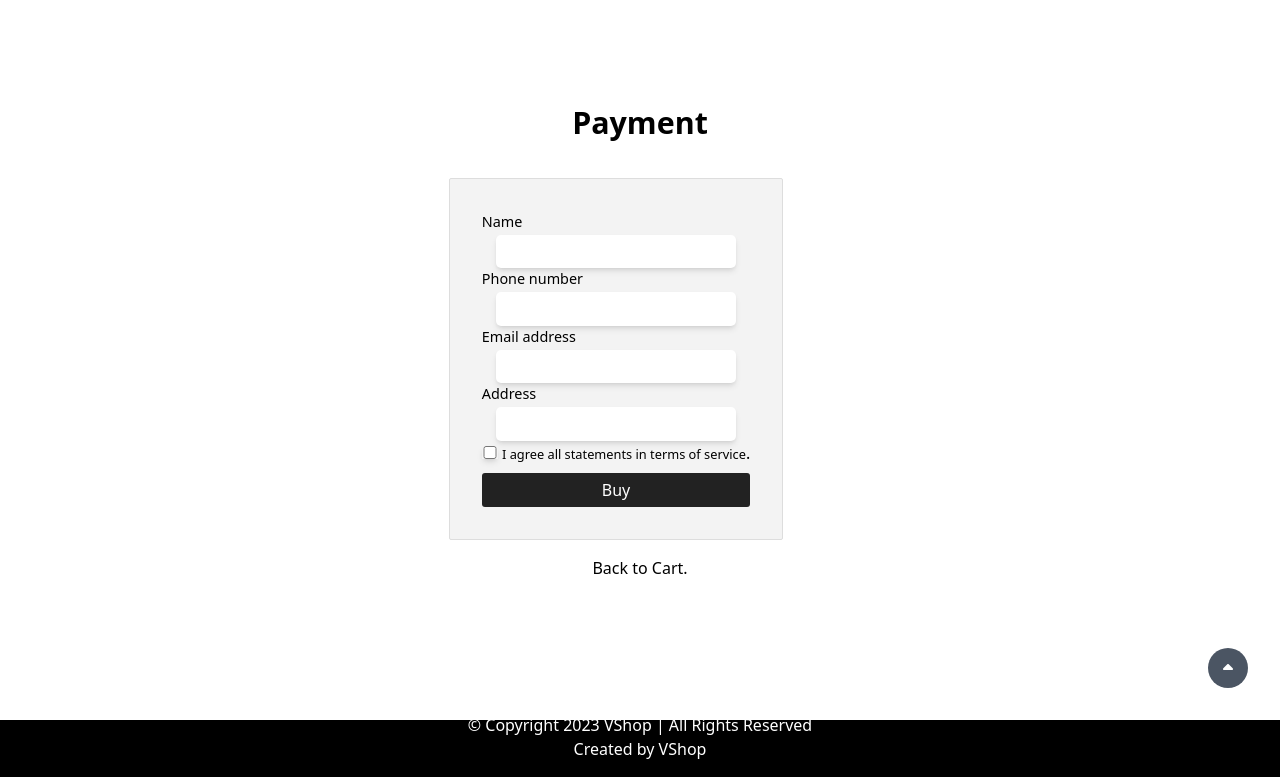
Repository: Kith933UTH/VSHOP
Page: /payment
These files come from the project's save history. The page is drawn as it stood at one moment and after the next save; the edit follows.
The browser window is 1280 px wide. The pictures show the whole page.
Pictures or frames that could not be fetched are drawn as grey boxes. The project was rebuilt for these pictures with package versions that can differ from the ones it lists, and the page was loaded fresh each time. Also part of the build but not shown: src/components/product-item/ProductItem.js, src/components/loader/Loader.js, src/constants/constants.js, src/components/product-filters/Category.js, src/components/product-filters/Price.js, src/components/product-filters/Rating.js, src/components/product-filters/ProductFilters.js, src/components/cart-shopping/CartEmpty.js and 20 more.

Above is the page before, as saved 2023-08-04 21:37:41.

### public/index.html
<!DOCTYPE html>
<html lang="en">
  <head>
    <meta charset="utf-8" />
    <link rel="icon" href="./logo.png" />
    <meta name="viewport" content="width=device-width, initial-scale=1" />
    <meta name="theme-color" content="#000000" />
    <meta
      name="description"
      content="Web site created using create-react-app"
    />
    <link rel="apple-touch-icon" href="%PUBLIC_URL%/logo192.png" />
    <!--
      manifest.json provides metadata used when your web app is installed on a
      user's mobile device or desktop. See https://developers.google.com/web/fundamentals/web-app-manifest/
    -->
    <link rel="manifest" href="%PUBLIC_URL%/manifest.json" />
    <!--
      Notice the use of %PUBLIC_URL% in the tags above.
      It will be replaced with the URL of the `public` folder during the build.
      Only files inside the `public` folder can be referenced from the HTML.

      Unlike "/favicon.ico" or "favicon.ico", "%PUBLIC_URL%/favicon.ico" will
      work correctly both with client-side routing and a non-root public URL.
      Learn how to configure a non-root public URL by running `npm run build`.
    -->
    <title>VShop</title>
  </head>
  <body>
    <noscript>You need to enable JavaScript to run this app.</noscript>
    <div id="root"></div>
  </body>
</html>

### src/index.js
import React from 'react'
import ReactDOM from 'react-dom/client'
import App from './App'
import {Provider} from "react-redux"
import {BrowserRouter} from "react-router-dom"
import {store} from "./redux"
import './index.css'

const root = ReactDOM.createRoot(document.getElementById('root'))
root.render(
    <Provider store={store}>
        <BrowserRouter>
            <App />
        </BrowserRouter>
    </Provider>
)

### src/redux/index.js
import {configureStore} from "@reduxjs/toolkit"
import {productsApi} from "./products/products.api"
import {productReducer} from "./products/products.slice"
import {setupListeners} from "@reduxjs/toolkit/query"

export const store = configureStore({
    reducer: {
        [productsApi.reducerPath]: productsApi.reducer,
        product: productReducer
    },
    middleware: getDefaultMiddleware => getDefaultMiddleware().concat(productsApi.middleware)
})

setupListeners(store.dispatch)

### src/index.css
@tailwind base;
@tailwind components;
@tailwind utilities;

@layer utilities {
    input[type="number"]::-webkit-inner-spin-button,
    input[type="number"]::-webkit-outer-spin-button {
        @apply appearance-none;
    }
}

html, body {
    width: 100%;
    height: 100%;
}

body::-webkit-scrollbar,
.box-item::-webkit-scrollbar,
.search-box::-webkit-scrollbar{
    width: 8px;
}

main {
    display: flex;
    flex-direction: column;
    height: 100%;
}

body::-webkit-scrollbar-thumb,
.box-item::-webkit-scrollbar-thumb,
.search-box::-webkit-scrollbar-thumb{
    background-color: #ccc;
    border-radius: 20px;
}

#root {
    height: 100%;
}

body {
    overflow: hidden;
}

.productItem:hover {
    transition: opacity .3s linear;
    opacity: .5;
}

.box-item {
    height: 320px;
    overflow-y: scroll;
}

/* Loader */
.loader-box {
    width: 100px;
    height: 100px;
    display: flex;
    justify-content: center;
    align-items: center;
    margin: 50px auto 0;
}

.loader{
    position: relative;
    width: 70px;
    height: 70px;
}

.loader span {
    position: absolute;
    top:0;
    left: 0;
    width: 100%;
    height: 100%;
    transform: rotate(calc(18deg * var(--i)));
}

.loader span::before {
    content:'';
    position: absolute;
    top: 0;
    left: 0;
    width: 10px;
    height: 10px;
    background: #000;
    border-radius: 50%;
    transform: scale(0);
    animation: animate 2s linear infinite;
    animation-delay: calc(0.1s * var(--i));
}
@keyframes animate {
    0%{
        transform: scale(0);
    }
    10%{
        transform: scale(1.2);
    }
    80%,100%{
        transform: scale(0);
    }
}

### src/context/context.js
import {createContext} from "react"

export const Context = createContext()

### src/components/footer/Footer.js
import React from "react"
import { Contact } from "../contact/Contact"
import { Policy } from "../policy/Policy"
export function Footer() {
    return (
        <footer className='bg-black text-white in-h-fit'>
            {/* <div className='max-w-[1240px] mx-auto py-2 text-sm sm:text-base'>
                <div className='flex justify-center'>
                    <a href='https://github.com/VolodymyrGoshko/react-shop'
                       target='_blank'
                       rel="noreferrer"
                       className='capitalize border-b mb-3 text-base hover:text-gray-300 transition'
                    >
                        view source code on github
                    </a>
                </div>
                <div className='flex justify-center flex-col items-center'>
                    <p className='text-center'>© Copyright 2022 React Shop | All Rights Reserved</p>
                    <a href='https://www.linkedin.com/in/volodymyr-goshko-656ab920b/'
                       target="_blank"
                       rel="noreferrer"
                       className='hover:text-gray-300 transition'
                    >
                        Created by Volodymyr Goshko
                    </a>
                </div>
            </div> */}
            <Contact />
            <Policy />
            <div className='flex justify-center flex-col items-center my-4'>
                    <p className='text-center'>© Copyright 2023 VShop | All Rights Reserved</p>
                    <a href='#' className='hover:text-gray-300 transition' >
                        Created by VShop
                    </a>
                </div>
        </footer>
    )
}

### src/components/btn-scroll/BtnScroll.js
import React from "react"
import {FontAwesomeIcon} from "@fortawesome/react-fontawesome"
import {faCaretUp} from "@fortawesome/free-solid-svg-icons"

export function BtnScroll() {
    const topClick = () => {
        const body = document.querySelector('body').getBoundingClientRect().top + window.scrollY
        window.scroll({
            top: body,
            behavior: 'smooth'
        })
    }

    return (
        <button
            className='fixed bottom-8 right-4 bg-gray-600 text-white rounded-full w-[30px] h-[30px] md:w-[40px] md:h-[40px] md:right-8 md:bottom-8 z-20 shadow-gray-600'
            onClick={topClick}
        >
            <FontAwesomeIcon icon={faCaretUp}/>
        </button>
    )
}

### src/components/payment/Payment.js
import React from "react"
import {useDispatch, useSelector} from "react-redux"
import { Link } from "react-router-dom"
import { CartItemPayment } from "./CartItemPayment"
export function Payment({login}) {
    const {cart, btnCart} = useSelector(state => state.product)

    return (
        <div className="register-page text-center m-5-auto">
            <h2>Payment</h2>
            <div className="flex flex-row justify-center">
                <form action="/success">
                    <p>
                        <label>Name</label><br/>
                        <input className='shadow-md' type="text" name="name" required />
                    </p>
                    <p>
                        <label>Phone number</label><br/>
                        <input className='shadow-md' type="tel" name="tel" required />
                    </p>
                    <p>
                        <label>Email address</label><br/>
                        <input className='shadow-md' type="email" name="email" required />
                    </p>
                    <p>
                        <label>Address</label><br/>
                        <input className='shadow-md'  type="text" name="address" required />
                    </p>
                    <p className='mb-2'>
                        <input className='shadow-md' type="checkbox" name="checkbox" id="checkbox" required /> <span>I agree all statements in <a href="https://google.com" target="_blank" rel="noopener noreferrer">terms of service</a></span>.
                    </p>
                    <p>
                        <button id="sub_btn" type="submit">Buy</button>
                    </p>
                </form>
                <div className={`px-1 py-2 sm:py-4 sm:px-6 ${cart.length > 2 ? 'box-item' : ''}`}>
                    {cart.map(item => <CartItemPayment key={item.id} item={item}/>)}
                </div>
            </div>
            <footer>
                <p><Link to="/">Back to Cart</Link>.</p>
            </footer>
        </div>
    )
}

### src/redux/products/products.api.js
import {createApi, fetchBaseQuery} from "@reduxjs/toolkit/query/react"

export const productsApi = createApi({
    reducerPath: 'products/api',
    baseQuery: fetchBaseQuery({
        baseUrl: 'https://fakestoreapi.com'
    }),
    // refetchOnFocus: true,
    endpoints: build => ({
        getProductsAll: build.query({
            query:() => ({
                url: '/products'
            })
        }),
        getProductById: build.query({
            query:(id) => ({
                url: `/products/${id}`
            })
        }),
        getProductByCategory: build.query({
            query:(category) => ({
                url: `/products/category/${category}`
            })
        })
    })
})

export const {
    useGetProductsAllQuery,
    useGetProductByIdQuery,
    useGetProductByCategoryQuery
} = productsApi

### src/redux/products/products.slice.js
import {createSlice} from "@reduxjs/toolkit"

const productsSlice = createSlice({
    name: 'products',
    initialState: {
        cart: [],
        btnCart: null,
        filters: {},
        search: false,
        searchFilterProducts: null
    },
    reducers: {
        clearCart(state, action) {
            state.cart = state.cart.slice(0, action.payload)
        },
        addProductToCart(state, action) {
            state.cart.push({...action.payload, quantity: 1})
        },
        incrementProductInCart(state, action) {
            const item = state.cart.find(item => item.id === action.payload)
            item.quantity++
        },
        decrementProductInCart(state, action) {
            const item = state.cart.find(item => item.id === action.payload)
            if (item.quantity === 1) {
                item.quantity = 1
            } else {
                item.quantity--
            }
        },
        toggleBtnCart(state, action) {
            state.btnCart = action.payload
        },
        removeItemFromCart(state, action) {
            state.cart = state.cart.filter(el => el.id !== action.payload)
        },
        filtersProductsByCategory(state, action) {
            state.filters = action.payload
        },
        toggleSearchForm(state, action) {
            state.search = action.payload
        },
        setSearchFilterProducts(state, action) {
            state.searchFilterProducts = action.payload
        }
    },
})

export const productReducer = productsSlice.reducer
export const {
    clearCart,
    addProductToCart,
    incrementProductInCart,
    decrementProductInCart,
    toggleBtnCart,
    removeItemFromCart,
    filtersProductsByCategory,
    toggleSearchForm,
    setSearchFilterProducts
} = productsSlice.actions

### src/components/policy/Policy.js
import React from "react"
import { Link } from "react-router-dom"
export function Policy() {
    return (
        <div className='text-white in-h-fit max-w-[1240px] mx-auto py-2 text-sm sm:text-base flex justify-around items-cente'>
            <Link className='text-lg font-medium text-center' to='/return-policy'>
                RETURN POLICIES
            </Link>
            <Link className='text-lg font-medium text-center' to='/warranty-policy'>
                WARRANTY POLICIES
            </Link>
            <Link className='text-lg font-medium text-center' to='/shipping-policy'>
                SHIPPING POLICIES
            </Link>
        </div>
    )
}

### src/components/login/index.css
/* .m-5-auto {
    margin: 5rem auto
} */

.primary-button {
    margin-top: 5rem;
    margin-right: 1rem;
    padding: .6rem;
    width: 10rem;
    background: #222;
    border: none;
    color: #fff;
    font-size: 1.2rem;
    transition: all .5s;
    cursor: pointer;
    text-transform: capitalize
}

/***    Landing Page     ***/
.main-title,
.main-para {
    color: #f1f1f1
}

.main-title {
    padding-top: 10rem;
    font-size: 5rem;
    font-family: 'Fascinate', cursive;
    text-transform: uppercase
}

.main-para {
    font-size: 2.5rem;
    text-Transform: capitalize
}

#reg_btn span {
    display: inline-block;
    position: relative;
    transition: 0.5s;
}

#reg_btn span:after {
    content: '\00bb';
    position: absolute;
    opacity: 0;
    top: 0;
    right: -20px;
    transition: 0.5s;
}

#reg_btn:hover span {
  padding-right: 25px;
}

#reg_btn:hover span:after {
  opacity: 1;
  right: 0;
}

/***    Login Page     ***/
.login-page h2 {
    font-weight: 700;
    font-size: 1.9rem;
}
.login-page {
    position: fixed;
    top: 0;
    left: 0;
    right: 0;
    bottom: 0;
    z-index: 10;
    background-color: white;
    padding-top: 100px;
}

.login-page form {
    display: inline-block;
    background: #f3f3f3;
    border: 1px solid #ddd;
    border-radius: 2px;
    padding: 2rem;
    margin: 2rem 0 1rem 0
}

.login-page form label {
    float: left;
    font-size: .9rem;
    margin: 0;
    padding: 0
}

.right-label {
    float: right;
    cursor: pointer
}

.login-page input {
    width: 15rem;
    padding: .3rem;
    border-radius: 5px;
    outline: none;
    border: none
}

#sub_btn {
    display: block;
    width: 100%;
    padding: .3rem;
    border: none;
    background: #222;
    color: #fff;
    border-radius: 3px;
}

#sub_btn:hover {
    background: #333;
    transition: all .5s
}

/* footer p {
    margin: 0;
    font-size: .9rem
} */

/***    Register Page     ***/
#checkbox {
    width: 1rem
}

form span {
    font-size: .8rem
}

#reset_pass_lbl {
    float: left
}

/***    Home Page     ***/
.home-page-title {
    color: #222
}


.register-page input {
    width: 15rem;
    padding: .3rem;
    border-radius: 5px;
    outline: none;
    border: none
}

.register-page h2 {
    font-weight: 700;
    font-size: 1.9rem;
}
.register-page {
    position: fixed;
    top: 0;
    left: 0;
    right: 0;
    bottom: 0;
    z-index: 10;
    background-color: white;
    padding-top: 100px;
}

.register-page form {
    display: inline-block;
    background: #f3f3f3;
    border: 1px solid #ddd;
    border-radius: 2px;
    padding: 2rem;
    margin: 2rem 0 1rem 0
}

.register-page form label {
    float: left;
    font-size: .9rem;
    margin: 0;
    padding: 0
}

### src/components/contact/index.css
.contact-section {
    /* height: 96vh; */
    width: 100%;
    border-bottom: 1px solid #999;
}

.form-area {
    position: relative;
    /* height:84vh; */
    width: 100%;
    background: black;
    -webkit-box-sizing: border-box;
    box-sizing: border-box;
}

.form-area .form-wrap {
    /* position: absolute; */
    /* left: 50%;
    -webkit-transform: translateX(-50%);
    -ms-transform: translateX(-50%);
    transform: translateX(-50%); */
    width: 1120px;
    background-color: white;
    background-size: cover;
    background-position: center;
    border-radius: 0.2rem;
    -webkit-box-sizing: border-box;
    box-sizing: border-box;
    -webkit-box-shadow: 0 0 0.4rem 0 #999;
    box-shadow: 0 0 0.4rem 0 #999;
}

.form-wrap .title {
    padding-top: 2.4rem;
    width: 100%;
    -webkit-box-sizing: border-box;
    box-sizing: border-box;
}

.form-wrap .title h1 {
    color: black;
    font-size: 2.6rem;
    text-align: center;
}

.form-wrap .contact-area {
    padding-top: 3rem;
    display: -webkit-box;
    display: -ms-flexbox;
    display: flex;
    width: 100%;
    height: auto;
    -webkit-box-sizing: border-box;
    box-sizing: border-box;
}

.contact-area .contact-info {
    display: flex;
    flex-direction: column;
    justify-content: center;
    align-items: center;
    width: 35%;
    height: 100%;
    margin-left: 6rem;
}

.contact-info>div {
    margin-bottom: 1rem;
    display: -webkit-box;
    display: -ms-flexbox;
    display: flex;
    -webkit-box-align: center;
    -ms-flex-align: center;
    align-items: center;
}

.contact-info>div>p {
    color: #333;
    font-size: 1.4rem;
    font-weight: 500;
    text-align: center;
}

.contact-info>div>span {
    color: #61790a;
    font-size: 2rem;
    margin-right: 0.8rem;
}

.contact-area .contact-form {
    display: -webkit-box;
    display: -ms-flexbox;
    display: flex;
    -webkit-box-orient: vertical;
    -webkit-box-direction: normal;
    -ms-flex-direction: column;
    flex-direction: column;
    width: 60%;
    height: auto;
    padding: 0 3rem;
    -webkit-box-sizing: border-box;
    box-sizing: border-box;
}

.contact-form .name-field {
    display: -webkit-box;
    display: -ms-flexbox;
    display: flex;
    -webkit-box-pack: justify;
    -ms-flex-pack: justify;
    justify-content: space-between;
}

.name-field .input-area {
    width: 48%;
}

.contact-form .input-area {
    position: relative;
    margin-bottom: 2rem;
}

.input-area input {
    height: 3rem;
    width: 100%;
    color: #333;
    font-size: 1.2rem;
    border: 2px solid #fff;
    border-radius: 0.2rem;
    /* background: #eff; */
    -webkit-box-shadow: 0 0 0.1rem #666;
    box-shadow: 0 0 0.1rem #666;
    outline: none;
    padding: 0 1rem;
    -webkit-box-sizing: border-box;
    box-sizing: border-box;
    -webkit-transition: all 0.3s ease;
    -o-transition: all 0.3s ease;
    transition: all 0.3s ease;
}

.input-area label {
    position: absolute;
    top: 50%;
    left: 1rem;
    -webkit-transform: translateY(-50%);
    -ms-transform: translateY(-50%);
    transform: translateY(-50%);
    color: #333;
    font-size: 1.2rem;
    font-weight: 500;
    -webkit-transition: all 0.3s ease;
    -o-transition: all 0.3s ease;
    transition: all 0.3s ease;
}

.input-area input:focus~label,
.input-area input:valid~label {
    top: -0.8rem;
    left: 0;
    color: #fff;
    background: #111;
    border-radius: 5px;
    padding: 0.2rem;
    font-size: 1rem;
}

.contact-form .message-area {
    position: relative;
    -webkit-box-flex: 1;
    -ms-flex: 1 1 auto;
    flex: 1 1 auto;
    height: 200px;
    width: 100%;
}

.message-area textarea {
    height: 100%;
    width: 100%;
    border: 2px solid #fff;
    outline: none;
    font-size: 1.2rem;
    padding: 1rem;
    color: #333;
    -webkit-box-sizing: border-box;
    box-sizing: border-box;
    -webkit-box-shadow: 0 0 0.1rem #666;
    box-shadow: 0 0 0.1rem #666;
    border-radius: 0.2rem;
    resize: vertical;
    -webkit-transition: all 0.3s ease;
    -o-transition: all 0.3s ease;
    transition: all 0.3s ease;
}

.message-area label {
    position: absolute;
    color: #333;
    font-weight: 500;
    font-size: 1.2rem;
    top: 1rem;
    left: 1rem;
    -webkit-transition: all 0.3s ease;
    -o-transition: all 0.3s ease;
    transition: all 0.3s ease;
}

.message-area textarea:focus~label,
.message-area textarea:valid~label {
    top: -1.6rem;
    left: 0;
    color: #fff;
    padding: 0.2rem;
    background: #111;
    font-size: 1rem;
}

.contact-form .btn {
    margin-top: 1.8rem;
}

.contact-form .btn button {
    height: 3.2rem;
    width: 8rem;
    border: none;
    outline: none;
    color: #fff;
    font-size: 1.2rem;
    background: black;
    border-radius: 0.1rem;
    cursor: pointer;
}

#contact.menu-active {
    padding-top: 2rem;
}

### src/components/contact/reponsive.css
@media screen and (min-width: 940px) and (max-width: 1360px) {
    /* .contact-section {
        height: 107vh;
    } */
    .form-area .form-wrap {
        width: 90%;
        height: 620px;
    }
}

@media screen and (max-width: 1040px) {
    .contact-area .contact-info {
        margin-left: 0;
        display: flex;
        flex-direction: column;
        justify-content: center;
        align-items: center;
    }

    .contact-area .contact-form {
        padding: 0 1.8rem;
    }

}



@media screen and (max-width: 940px) {
    /* .contact-section {
        height: 148vh;
    } */

    .form-area .form-wrap {
        padding-bottom: 3.6rem;
        width: 80%;
        height: auto;
    }

    .form-wrap .contact-area {
        -webkit-box-orient: vertical;
        -webkit-box-direction: normal;
        -ms-flex-direction: column;
        flex-direction: column;
        -webkit-box-pack: center;
        -ms-flex-pack: center;
        justify-content: center;
    }

    .contact-area .contact-info {
        width: 100%;
    }

    .contact-area .contact-form {
        width: 100%;
        padding: 1rem 4rem 0 4rem;
    }
}

/*
@media screen and (max-width: 836px) {
    .contact-section {
        min-height: 96vh;
    }
} */

@media screen and (max-width: 770px) {
    .contact-section {
        height: 1100px;
    }

    .form-area .form-wrap {
        width: 88%;
        height: auto;
    }
}

@media screen and (max-width: 680px) {
    .contact-section {
        height: 1100px;
    }


    .form-area .form-wrap {
        /* top: -82%; */
        width: 88%;
        height: auto;
    }

}


@media screen and (max-width: 490px) {
    .contact-section {
        height: 1100px;
    }

    .contact-area .contact-info {
        width: 88%;
        margin-left: 1.2rem;
    }

    .form-area .form-wrap {
        /* top: -82%; */
        width: 88%;
        height: auto;
    }

    .contact-info>div>p {
        font-size: 1.2rem;
    }

    .contact-area .contact-form {
        margin-top: 1.4rem;
        padding: 0 1.2rem;
    }

}

@media screen and (max-width: 390px) {
    .contact-section {
        height: 1130px;
    }

    .contact-area .contact-info {
        width: 80%;
        /* margin-left: 1.2rem; */
    }

    .form-area .form-wrap {
        width: 90%;
        height: auto;
    }

    .contact-info>div>p {
        font-size: 1.2rem;
    }

    .contact-area .contact-form {
        width: 100%;
        padding: 1rem 1rem 0 1rem;
    }
}


@media screen and (max-width: 340px) {
    .contact-section {
        height: 980px;
    }

    .form-area .form-wrap {
        top: -86%;
        width: 96%;
    }

    .contact-area  {
        width: 100%;
    }

    .contact-area .contact-info {
        width: 100%;
        margin-left: 1rem;
    }

    .form-wrap .title h1 {
        font-size: 2rem;
    }

    .contact-info>h2 {
        font-size: 1.6rem;
    }

    .contact-info>div>p {
        font-size: 1rem;
    }

    .contact-info>div>span {
        font-size: 1.2rem;
    }

    .input-area label {
        font-size: 1rem;
    }

    .message-area label {
        font-size: 1rem;
    }

}

Loaded but not shown: tailwind.config.js (common file); src/components/contact/Contact.js (66 lines, source omitted); src/App.js (43 lines, source omitted)

After the next save:
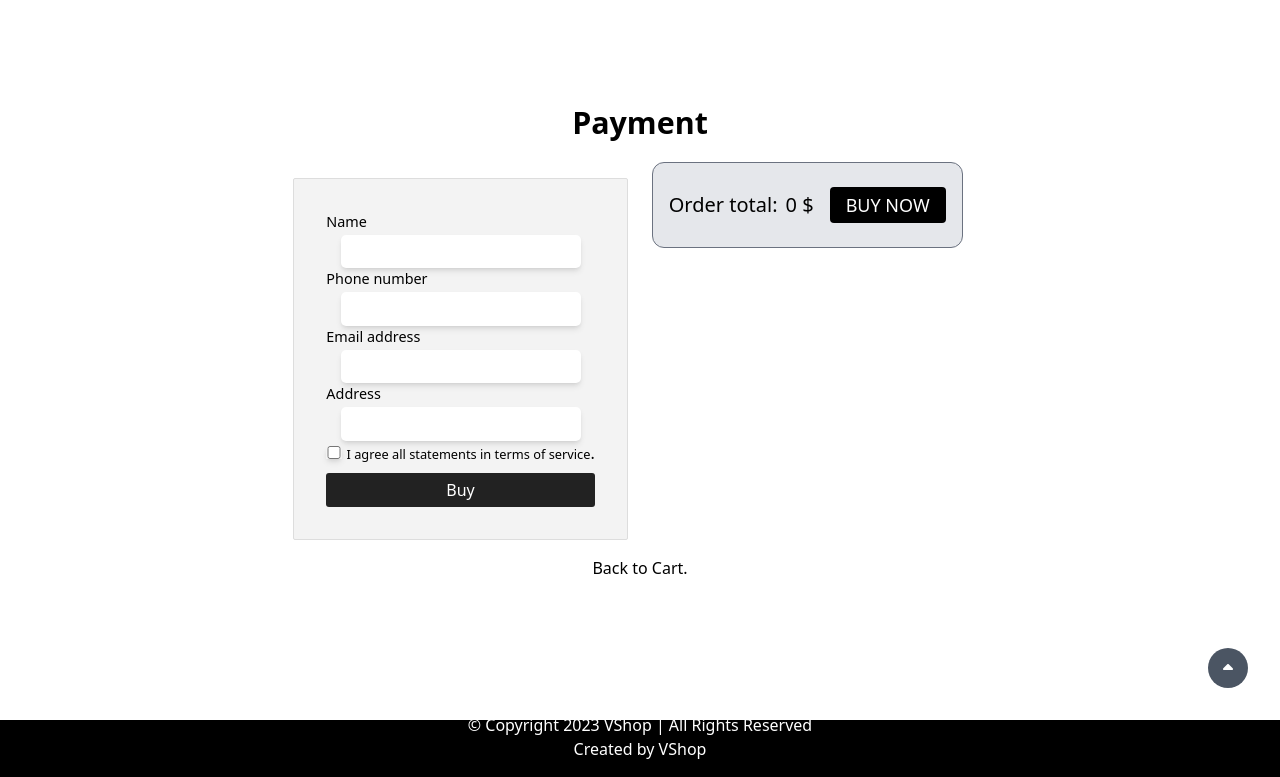
Saved 108 s later.
--- a/src/components/payment/Payment.js
+++ b/src/components/payment/Payment.js
@@ -4,7 +4,11 @@ import { Link } from "react-router-dom"
 import { CartItemPayment } from "./CartItemPayment"
 export function Payment({login}) {
     const {cart, btnCart} = useSelector(state => state.product)
-
+    const totalPrice = () => {
+        let price = 0
+        cart.forEach(item => price += item.price * item.quantity)
+        return Math.round(price * 0.9 * 100) / 100
+    }
     return (
         <div className="register-page text-center m-5-auto">
             <h2>Payment</h2>
@@ -35,6 +39,15 @@ export function Payment({login}) {
                 </form>
                 <div className={`px-1 py-2 sm:py-4 sm:px-6 ${cart.length > 2 ? 'box-item' : ''}`}>
                     {cart.map(item => <CartItemPayment key={item.id} item={item}/>)}
+                    <div className='bg-gray-200 w-fit py-3 px-2 rounded-xl border border-gray-500 flex flex-col justify-between items-center sm:flex-row sm:py-6 sm:px-4'>
+                        <div className='mr-0 sm:mr-4'>
+                            <span className='mr-2 text-base sm:text-xl'>Order total:</span>
+                            <span className='text-base sm:text-xl'>{totalPrice()} $</span>
+                        </div>
+                        <Link to='payment'>
+                            <button className='text-sm sm:text-lg uppercase bg-black text-white py-1 px-4 rounded hover:bg-gray-500 transition mt-1 sm:mt-0'>buy now</button>
+                        </Link>
+                    </div>
                 </div>
             </div>
             <footer>
